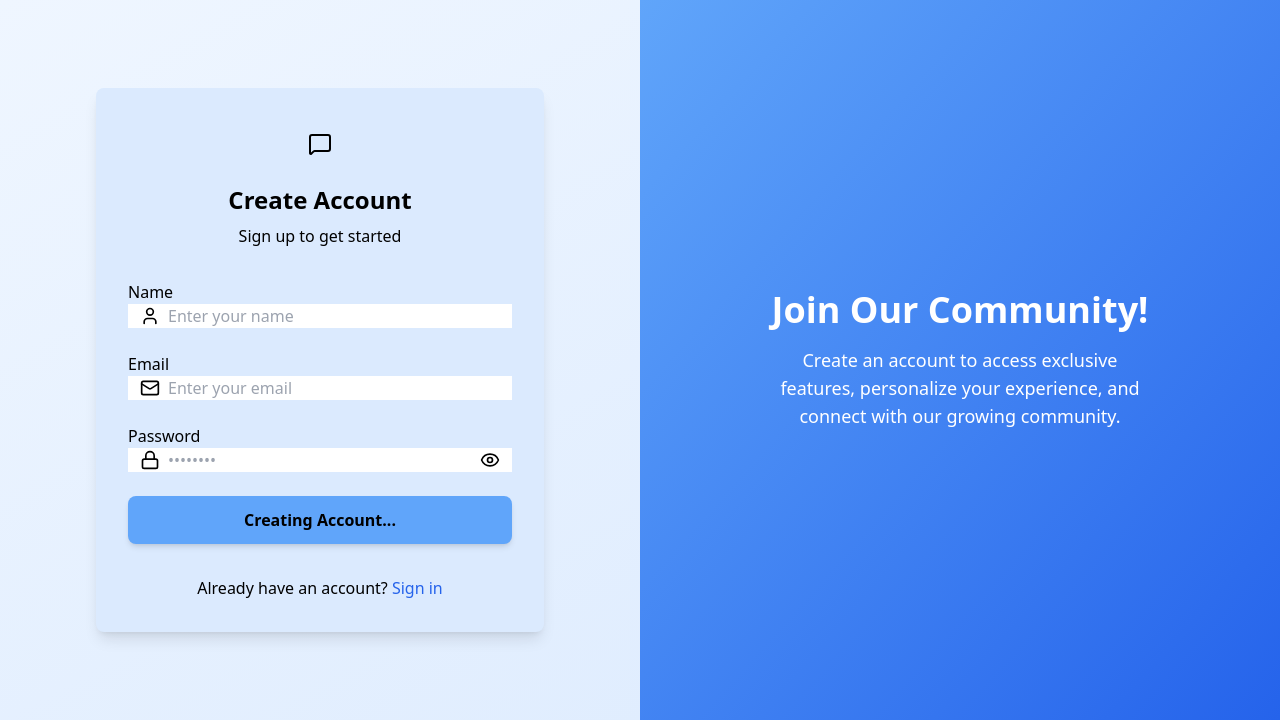
Repository: Subhashree-Nayak507/Test
Page: / (app in client/)
These files come from the project's save history. The page is drawn as it stood at one moment and after the next save; the edit follows.
The browser window is 1280 px wide. The pictures show the whole page.
The project was rebuilt for these pictures with package versions that can differ from the ones it lists, and the page was loaded fresh each time. Also part of the build but not shown: client/vite.config.js, client/src/pages/FormPage.jsx, client/src/pages/LoginPage.jsx.

Above is the page before, as saved 2025-01-06 12:35:00.

After the next save:
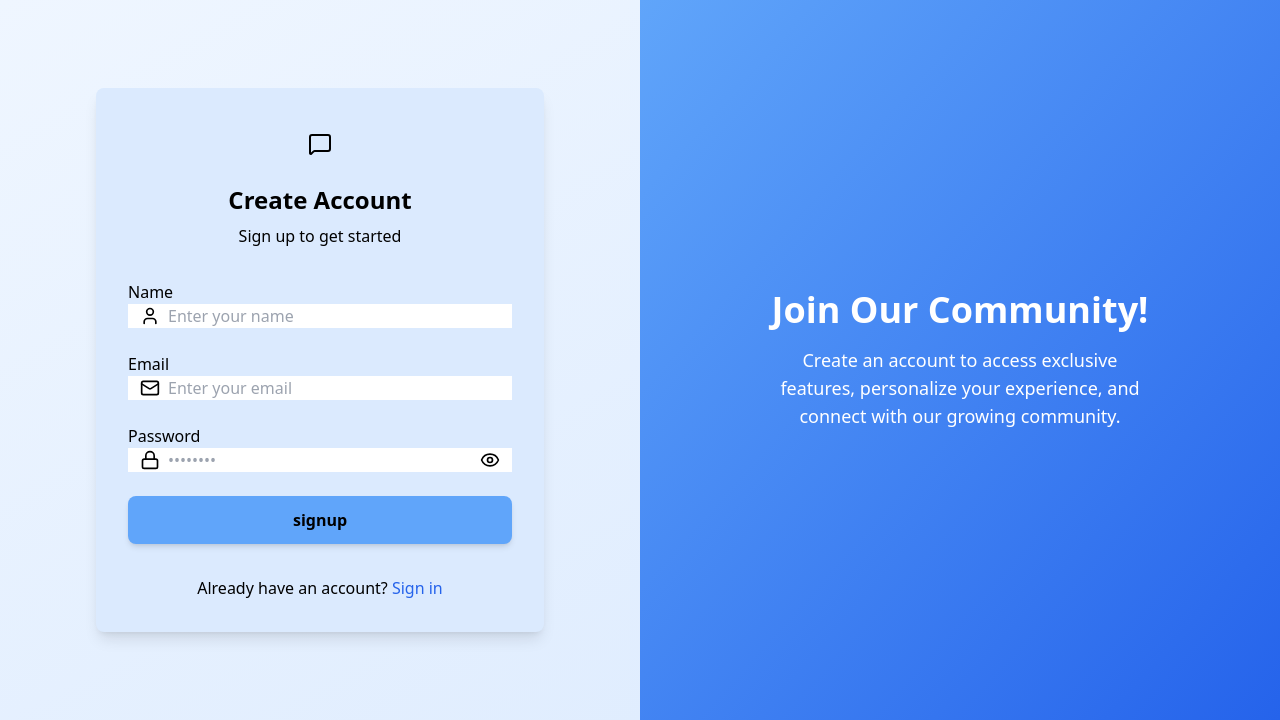
Saved 90 s later.
--- a/client/src/pages/SignupPage.jsx
+++ b/client/src/pages/SignupPage.jsx
@@ -135,12 +135,12 @@ const SignupPage = () => {
 
             <button
               type="submit"
-              disabled={isLoading}
+
               className="btn btn-primary w-full flex justify-center bg-blue-400 text-black
                items-center py-3 rounded-lg font-semibold shadow-md transition-all duration-300 hover:bg-primary-focus
                 hover:scale-105 active:scale-95"
             >
-              {isLoading ? "Creating Account..." : "Sign Up"}
+              signup
             </button>
           </form>
 
